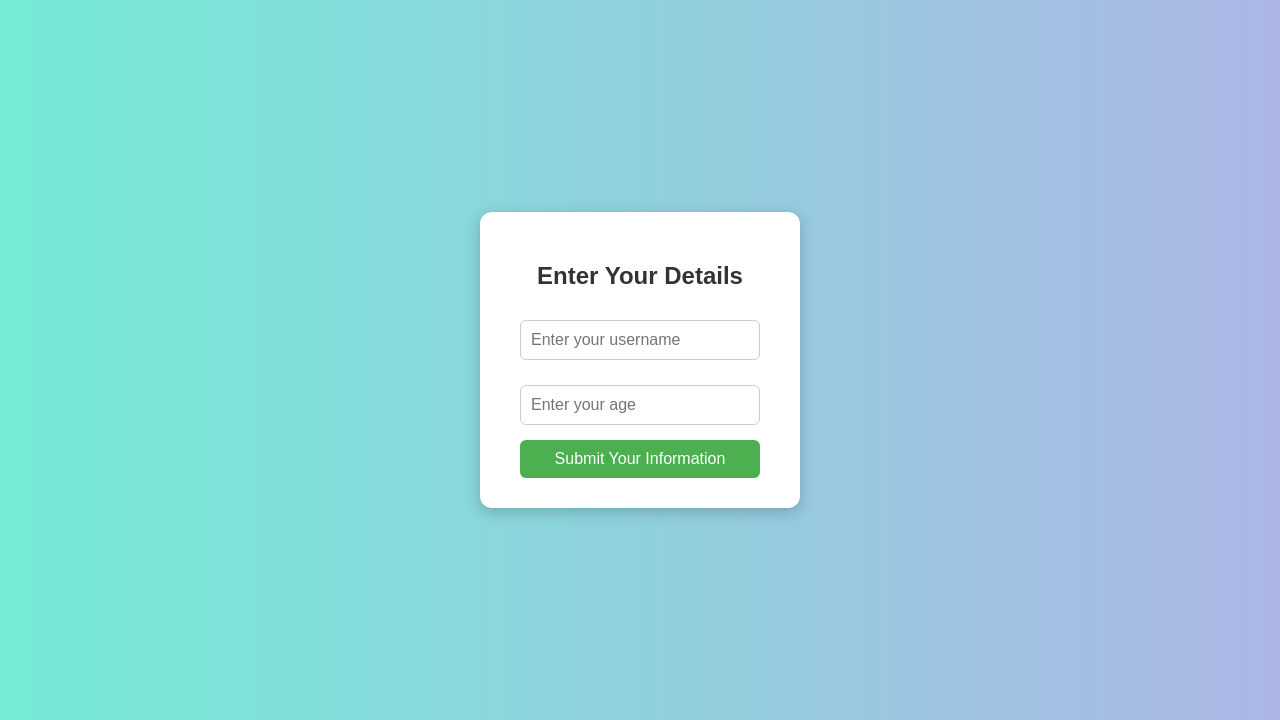
Repository: AkshayKPrajapati/CodingHub
Page: Servlet/WebContent/urlRedirect.html
An editor plug-in stored every save of this project. The page is shown before and after the next save, followed by the edit.
The browser window is 1280 px wide. The pictures show the whole page.

Above is the page before, as saved 2025-10-17 00:57:50.

After the next save:
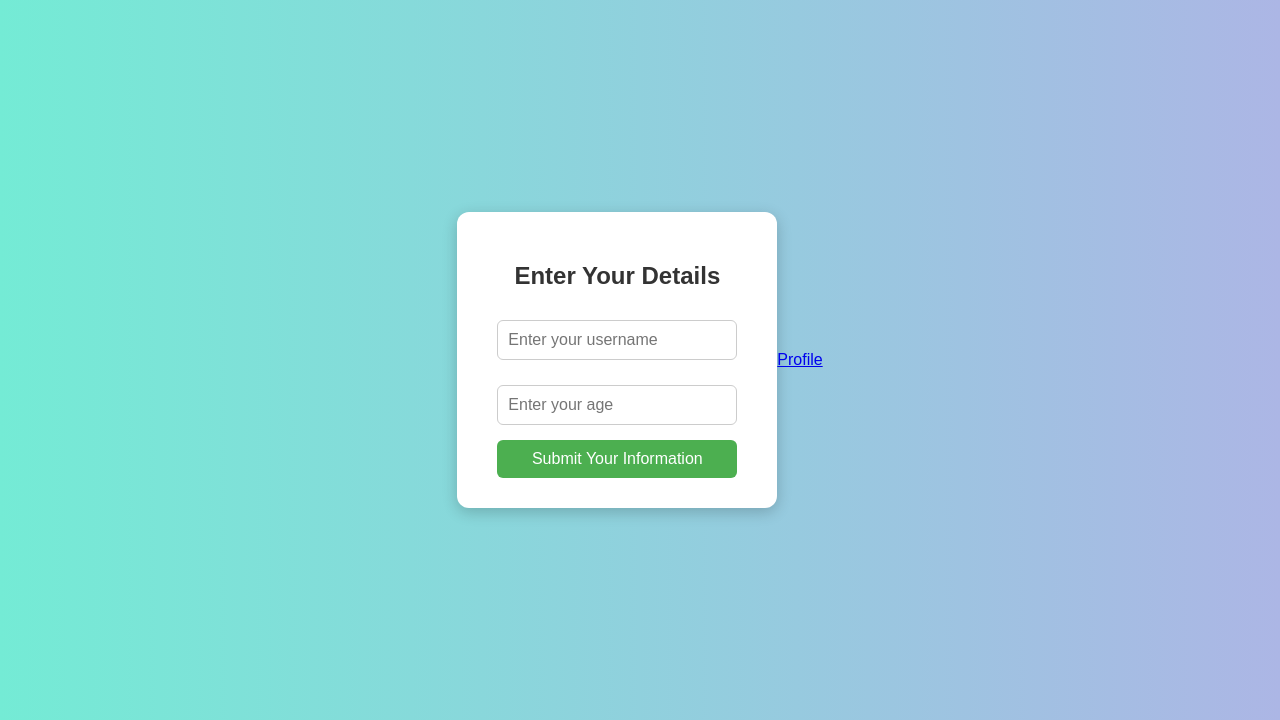
Saved 10 min 47 s later.
--- a/Servlet/WebContent/urlRedirect.html
+++ b/Servlet/WebContent/urlRedirect.html
@@ -68,5 +68,7 @@
     <input type="number" placeholder="Enter your age" name="age" required>
     <button type="submit">Submit Your Information</button>
   </form>
+
+  <a href="profile?usernam=username&&age=age"> Profile</a>
 </body>
 </html>

After the save that followed:
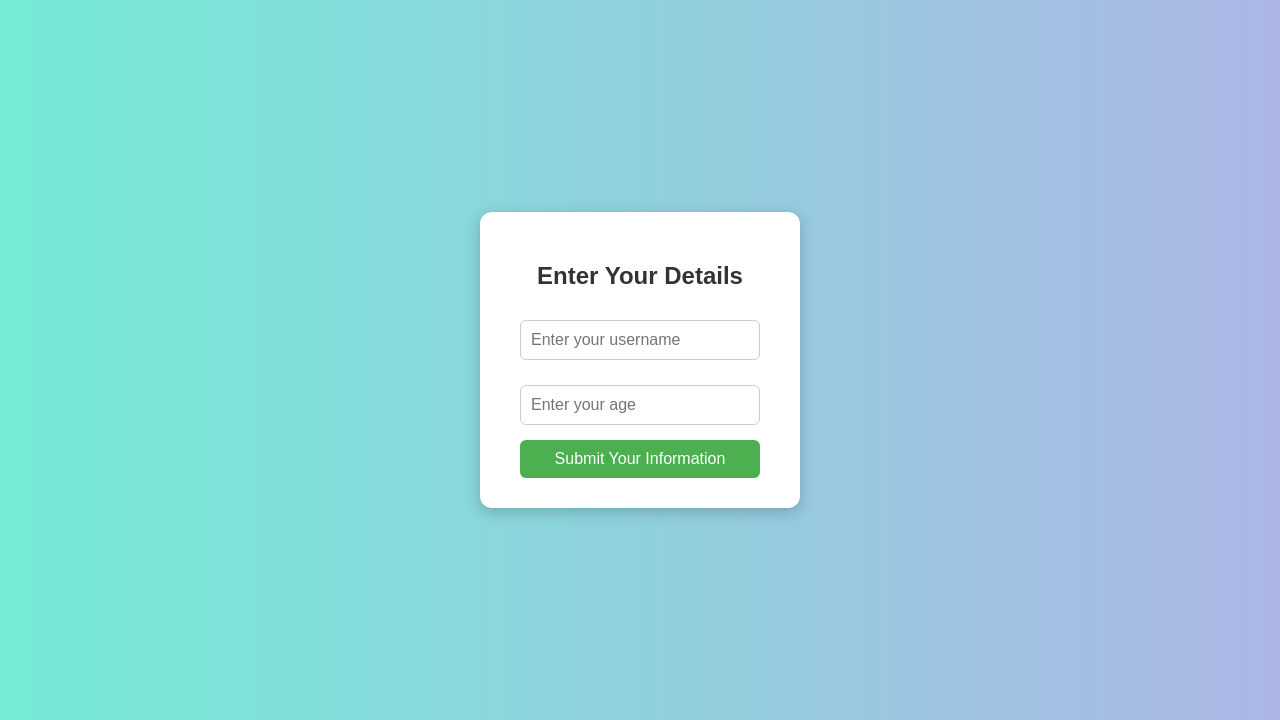
Saved 2 min 17 s later.
--- a/Servlet/WebContent/urlRedirect.html
+++ b/Servlet/WebContent/urlRedirect.html
@@ -69,6 +69,6 @@
     <button type="submit">Submit Your Information</button>
   </form>
 
-  <a href="profile?usernam=username&&age=age"> Profile</a>
+
 </body>
 </html>
